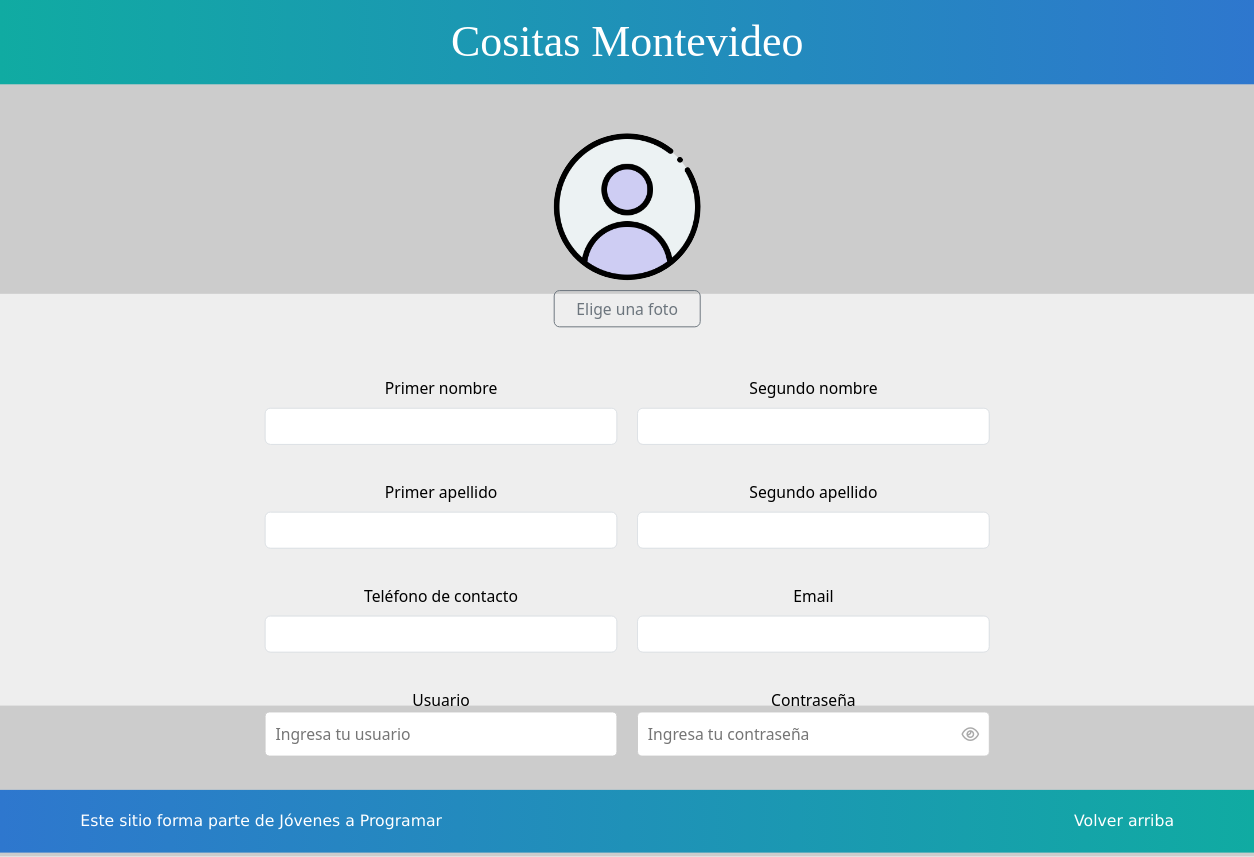
Repository: naticab/proyecto-dw
Page: registration.html
The author's editor kept a copy of each file at every save. The page is drawn from the files as they stood at one save, then again after the next save.
The browser window is 1280 px wide. The pictures show the whole page, at 98% of full size.
Some web fonts or font styles are not loaded; a fallback is used.

Above is the page before, as saved 2024-10-22 22:12:35.
Console error: TypeError: Cannot read properties of null (reading 'classList')

After the next save:
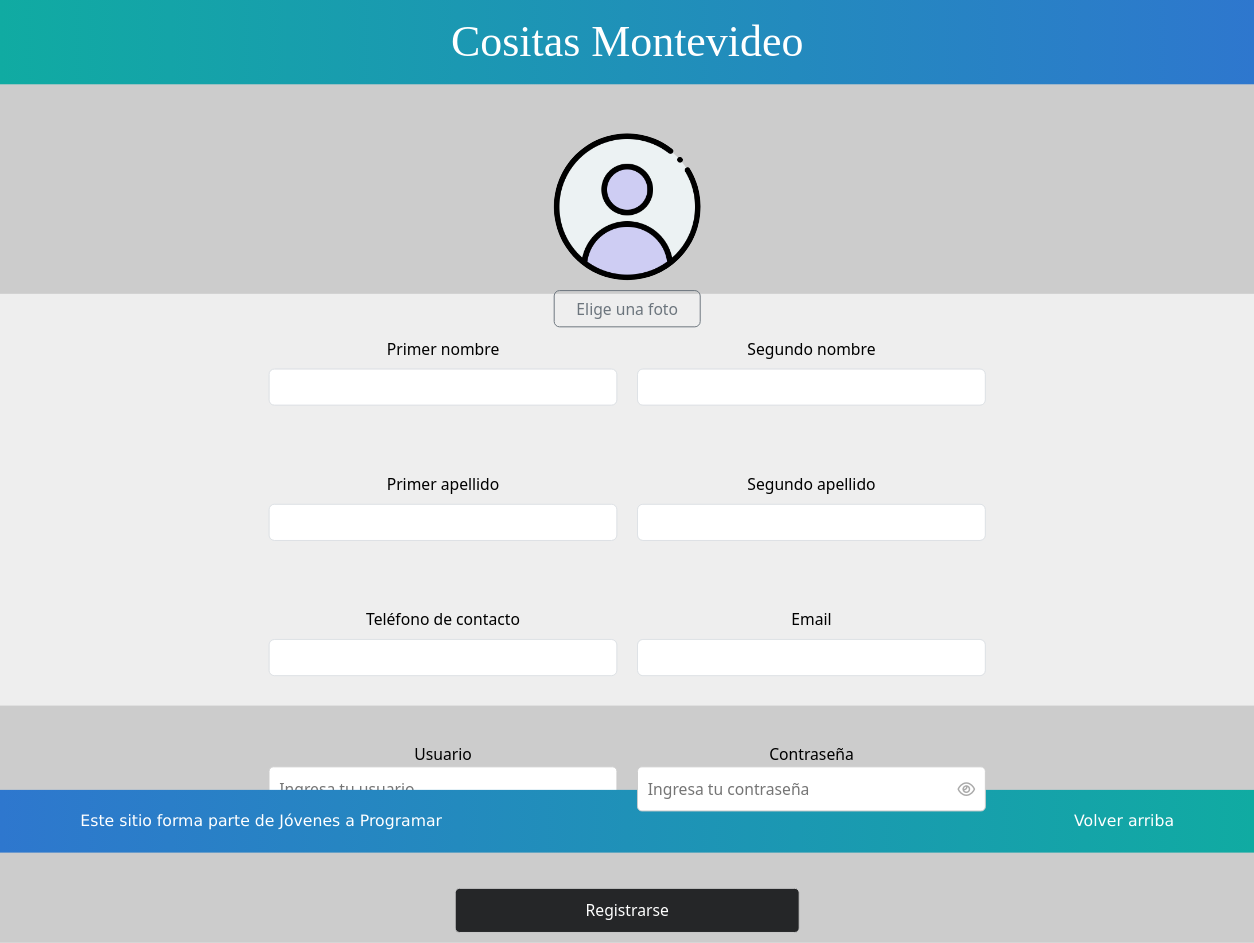
Saved 2 min 30 s later.
--- a/registration.html
+++ b/registration.html
@@ -32,7 +32,7 @@
                 <input type="file" name="foto" id="foto" accept="image/*" style="display: none;" />
                 <label for="foto" class="btn btn-outline-secondary">Elige una foto</label>
             </div>
-            <form method="post" class="row g-3 mt-4" id="myForm">
+            <form method="post" class="row g-5 mt-6" id="myForm">
                 <div class="col-md-6">
                     <label for="nombre1" class="form-label">Primer nombre</label>
                     <input type="text" class="form-control" id="nombre1" name="nombre" required>
@@ -91,11 +91,9 @@
         </div>
     </footer>
 
-
     <script src="js/bootstrap.bundle.min.js"></script>
     <script src="js/registration.js"></script>
     <script src="js/header-and-footer.js"></script>
-
 </body>
 
 </html>
